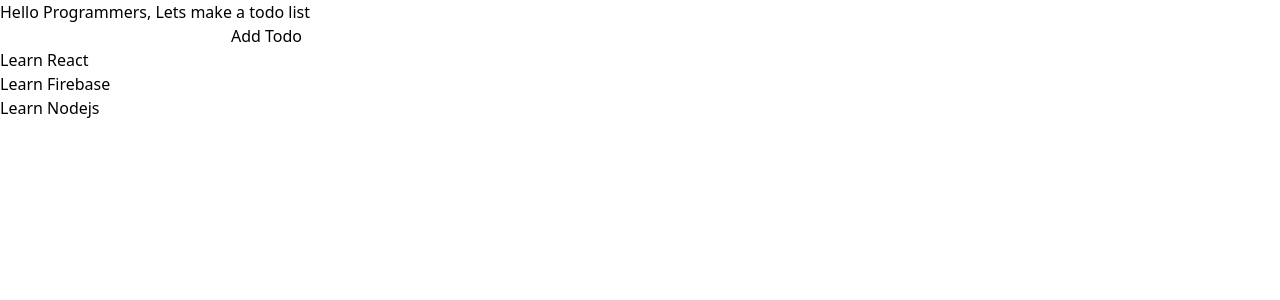
Repository: Shamraiz761/todo_list
Page: /
The author's editor kept a copy of each file at every save. The page is drawn from the files as they stood at one save, then again after a run of saves.
The browser window is 1280 px wide. The pictures show the whole page.
The project was rebuilt for these pictures with package versions that can differ from the ones it lists, and the page was loaded fresh each time. Also part of the build but not shown: vite.config.js.

Above is the page before, as saved 2024-01-11 22:25:33.

After the next 2 saves:
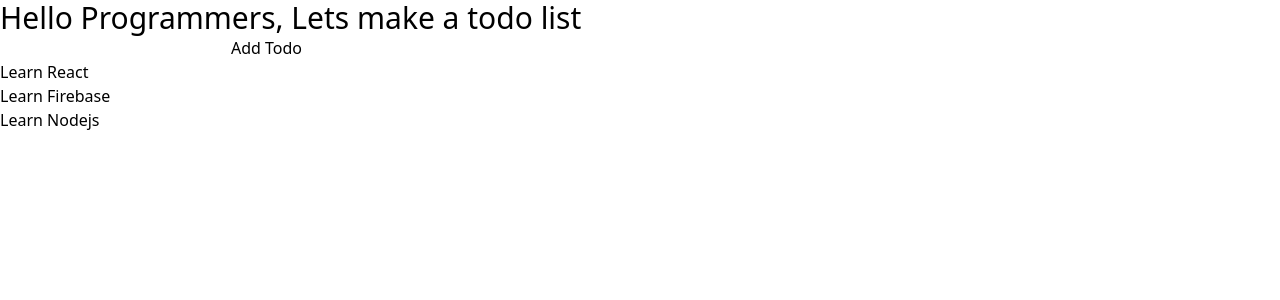
The 2 saves are shown as one change because they came seconds apart.
The last was saved 9 s later.
--- a/src/App.jsx
+++ b/src/App.jsx
@@ -16,7 +16,7 @@ function App() {
 
   return (
     <div >
-      <h1 className="">Hello Programmers, Lets make a todo list</h1>
+      <h1 className="text-3xl ">Hello Programmers, Lets make a todo list</h1>
       <form>
         <input
           type="text"
